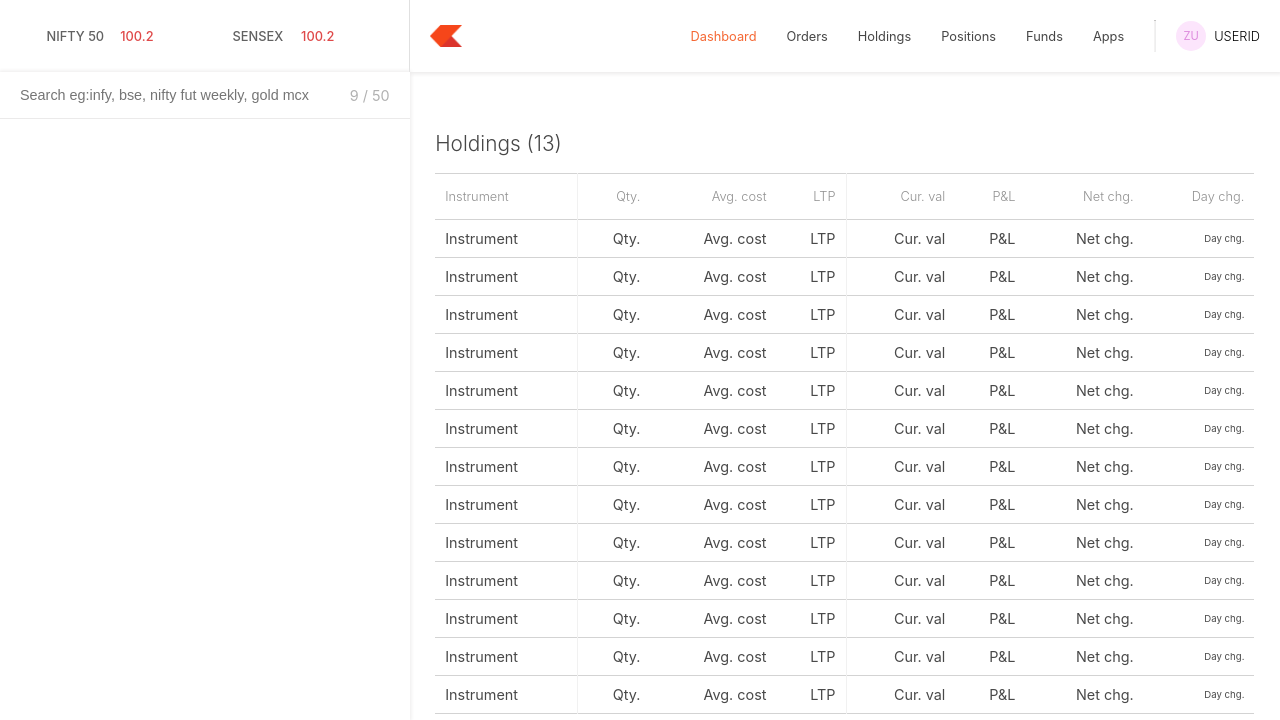
Repository: rushikesh-kolpe21/zerodha_4
Page: /holdings (app in dashboard/)
The author's editor kept a copy of each file at every save. The page is drawn from the files as they stood at one save, then again after the next save.
The browser window is 1280 px wide. The pictures show the whole page.
An inner scrolling area shows only its first screen. The project was rebuilt for these pictures with package versions that can differ from the ones it lists, and the page was loaded fresh each time. Also part of the build but not shown: dashboard/vite.config.js, dashboard/src/components/Apps.jsx, dashboard/src/components/Funds.jsx, dashboard/src/components/Orders.jsx, dashboard/src/components/Positions.jsx, dashboard/src/components/Summary.jsx.

Above is the page before, as saved 2025-03-25 07:25:50.

After the next save:
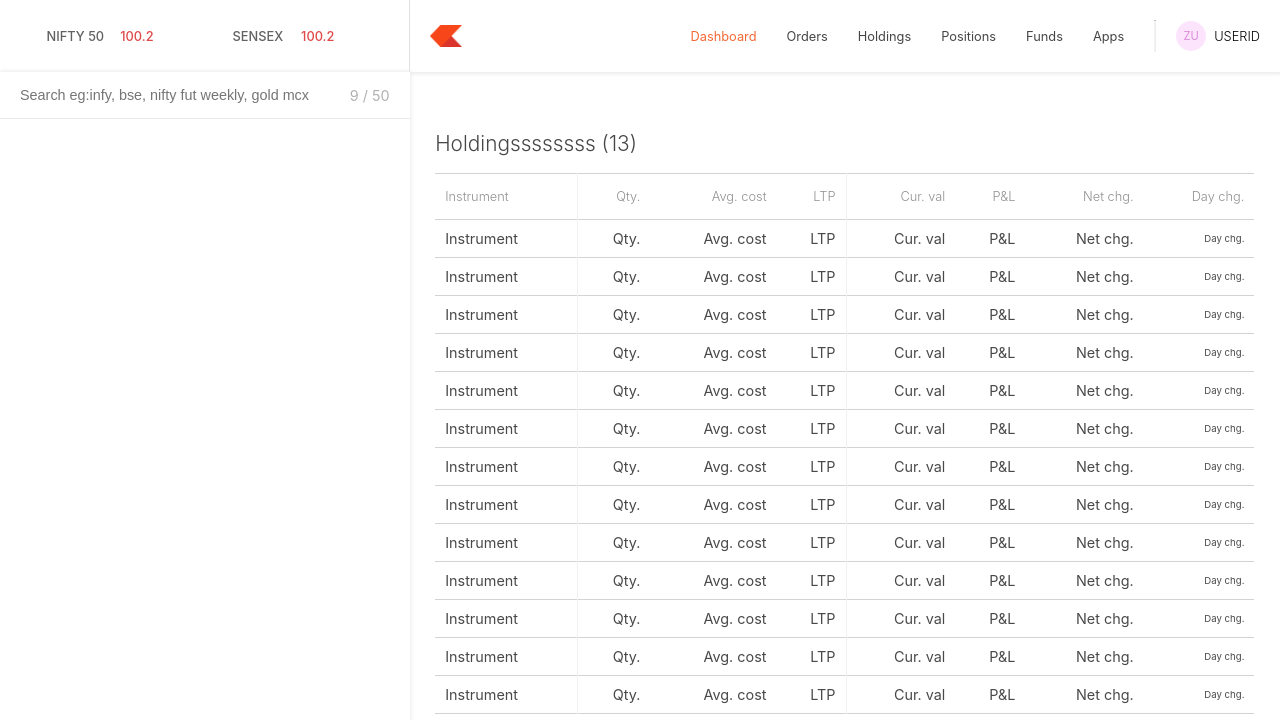
Saved 35 s later.
--- a/dashboard/src/components/Holdings.jsx
+++ b/dashboard/src/components/Holdings.jsx
@@ -4,7 +4,7 @@
 const Holdings = () => {
   return (
     <>
-      <h3 className="title"> Holdings ({holdings.length})</h3>
+      <h3 className="title"> Holdingssssssss ({holdings.length})</h3>
 
       <div className="order-table">
         <table>

After the save that followed:
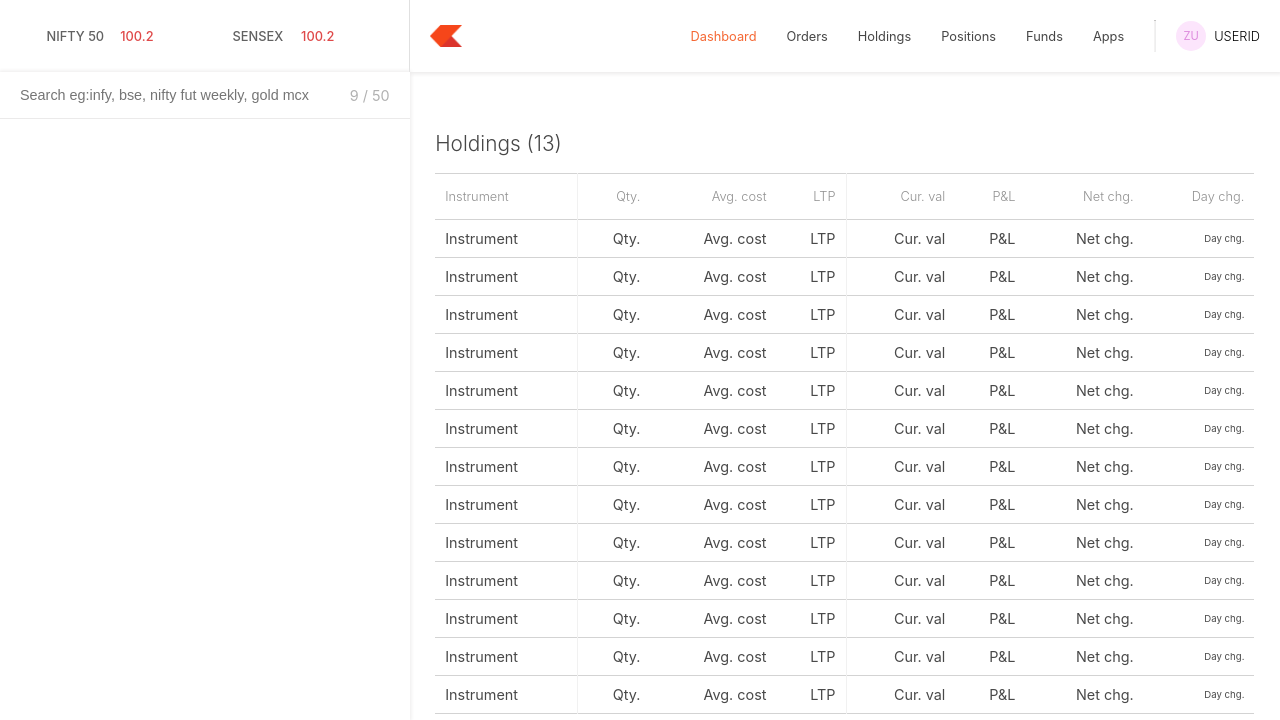
Saved 14 s later.
--- a/dashboard/src/components/Holdings.jsx
+++ b/dashboard/src/components/Holdings.jsx
@@ -4,7 +4,7 @@
 const Holdings = () => {
   return (
     <>
-      <h3 className="title"> Holdingssssssss ({holdings.length})</h3>
+      <h3 className="title"> Holdings ({holdings.length})</h3>
 
       <div className="order-table">
         <table>
